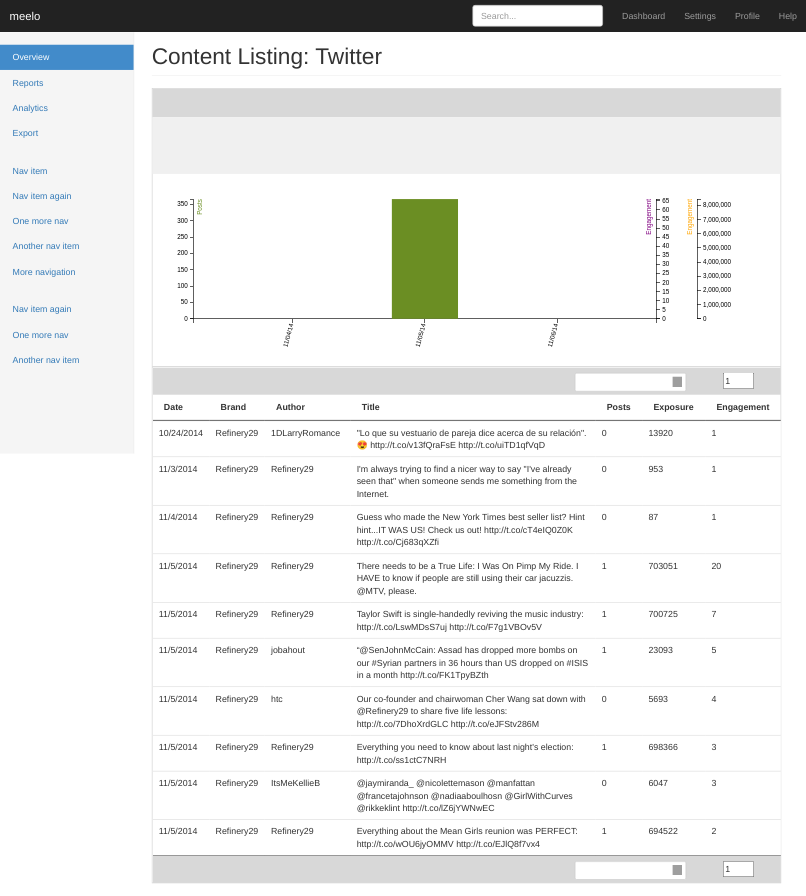
Repository: sadam0930/dashboard-example
Page: mclient/index.html
The author's editor kept a record of every edit. The page is drawn from the files as they stood at one moment, then again after the next edit.
The browser window is 1280 px wide. The pictures show the whole page, at 63% of full size.
Pictures or frames that could not be fetched are drawn as grey boxes.

Above is the page before.

### mclient/index.html
<!doctype html>
<html lang="en" ng-app>
  <head>
    <title>Dashboard Example</title>
    <meta name="viewport" content="width=device-width, initial-scale=1.0">
    <link rel="stylesheet" href="/css/bootstrap.min.css">
    <link rel="stylesheet" href="/css/bootstrap-responsive.min.css">
    <link rel="stylesheet" href="/css/jquery.dataTables.min.css">
    <link rel="stylesheet" href="/css/dataTables.bootstrap.css">
    <link rel="stylesheet" href="/css/jquery.gridster.min.css">
    <!-- Custom styles for this template -->
    <link rel="stylesheet" href="/css/dashboard.css">
  </head>
  <body>

    <nav class="navbar navbar-inverse navbar-fixed-top" role="navigation">
      <div class="container-fluid">
        <div class="navbar-header">
          <button type="button" class="navbar-toggle collapsed" data-toggle="collapse" data-target="#navbar" aria-expanded="false" aria-controls="navbar">
            <span class="sr-only">Toggle navigation</span>
            <span class="icon-bar"></span>
            <span class="icon-bar"></span>
            <span class="icon-bar"></span>
          </button>
          <a class="navbar-brand" href="#">meelo</a>
        </div>
        <div id="navbar" class="navbar-collapse collapse">
          <ul class="nav navbar-nav navbar-right">
            <li><a href="#">Dashboard</a></li>
            <li><a href="#">Settings</a></li>
            <li><a href="#">Profile</a></li>
            <li><a href="#">Help</a></li>
          </ul>
          <form class="navbar-form navbar-right">
            <input type="text" class="form-control" placeholder="Search...">
          </form>
        </div>
      </div>
    </nav>

    <div class="container-fluid">
      <div class="row">
        <div class="col-sm-3 col-md-2 sidebar">
          <ul class="nav nav-sidebar">
            <li class="active"><a href="#">Overview <span class="sr-only">(current)</span></a></li>
            <li><a href="#">Reports</a></li>
            <li><a href="#">Analytics</a></li>
            <li><a href="#">Export</a></li>
          </ul>
          <ul class="nav nav-sidebar">
            <li><a href="">Nav item</a></li>
            <li><a href="">Nav item again</a></li>
            <li><a href="">One more nav</a></li>
            <li><a href="">Another nav item</a></li>
            <li><a href="">More navigation</a></li>
          </ul>
          <ul class="nav nav-sidebar">
            <li><a href="">Nav item again</a></li>
            <li><a href="">One more nav</a></li>
            <li><a href="">Another nav item</a></li>
          </ul>
        </div>

        <div class="col-sm-9 col-sm-offset-3 col-md-10 col-md-offset-2 main">
          <h1 class="page-header">Content Listing: Twitter</h1>

          <div class="widget" id="chart-1">
              <div class="top" style="height:45px"></div>
              <div class="info"></div>
          </div>

          <div class="widget table-responsive" id="table-1">
          </div>
        </div>

      </div>
    </div>

    <script src="/js/jquery.min.js"></script>
    <script src="/js/bootstrap.min.js"></script>
    <!--<script src="/js/angular.min.js"></script>-->
    <script src="/js/docs.min.js"></script>
    <script src="/js/jquery.dataTables.min.js"></script>
    <script src="/js/plugin-input.js"></script>
    <script src="/js/dataTables.bootstrap.js"></script>
    <script src="/js/d3.v3.js"></script>
    <script src="/js/jquery.gridster.min.js"></script>
    <script src="/js/jquery.gridster.with-extras.min.js"></script>
    <script src="/js/meelo-test.js"></script>
  </body>
</html>

### css/dataTables.bootstrap.css
div.dataTables_length label {
	font-weight: normal;
	text-align: left;
	white-space: nowrap;
}

div.dataTables_length select {
	width: 75px;
	display: inline-block;
}

div.dataTables_filter {
	text-align: right;
}

div.dataTables_filter label {
	font-weight: normal;
	white-space: nowrap;
	text-align: left;
}

div.dataTables_filter input {
	margin-left: 0.5em;
	display: inline-block;
}

div.dataTables_info {
	padding-top: 8px;
	white-space: nowrap;
}

div.dataTables_paginate {
	margin: 0;
	white-space: nowrap;
	text-align: right;
}

div.dataTables_paginate ul.pagination {
	margin: 2px 0;
	white-space: nowrap;
}

@media screen and (max-width: 767px) {
	div.dataTables_length,
	div.dataTables_filter,
	div.dataTables_info,
	div.dataTables_paginate {
		text-align: center;
	}
}


table.dataTable td,
table.dataTable th {
	-webkit-box-sizing: content-box;
	-moz-box-sizing: content-box;
	box-sizing: content-box;
}


table.dataTable {
	clear: both;
	margin-top: 6px !important;
	margin-bottom: 6px !important;
	max-width: none !important;
}

table.dataTable thead .sorting,
table.dataTable thead .sorting_asc,
table.dataTable thead .sorting_desc,
table.dataTable thead .sorting_asc_disabled,
table.dataTable thead .sorting_desc_disabled {
	cursor: pointer;
}

table.dataTable thead .sorting { background: url('../images/sort_both.png') no-repeat center right; }
table.dataTable thead .sorting_asc { background: url('../images/sort_asc.png') no-repeat center right; }
table.dataTable thead .sorting_desc { background: url('../images/sort_desc.png') no-repeat center right; }

table.dataTable thead .sorting_asc_disabled { background: url('../images/sort_asc_disabled.png') no-repeat center right; }
table.dataTable thead .sorting_desc_disabled { background: url('../images/sort_desc_disabled.png') no-repeat center right; }

table.dataTable thead > tr > th {
	padding-left: 18px;
	padding-right: 18px;
}

table.dataTable th:active {
	outline: none;
}

/* Scrolling */
div.dataTables_scrollHead table {
	margin-bottom: 0 !important;
	border-bottom-left-radius: 0;
	border-bottom-right-radius: 0;
}

div.dataTables_scrollHead table thead tr:last-child th:first-child,
div.dataTables_scrollHead table thead tr:last-child td:first-child {
	border-bottom-left-radius: 0 !important;
	border-bottom-right-radius: 0 !important;
}

div.dataTables_scrollBody table {
	border-top: none;
	margin-top: 0 !important;
	margin-bottom: 0 !important;
}

div.dataTables_scrollBody tbody tr:first-child th,
div.dataTables_scrollBody tbody tr:first-child td {
	border-top: none;
}

div.dataTables_scrollFoot table {
	margin-top: 0 !important;
	border-top: none;
}

/* Frustratingly the border-collapse:collapse used by Bootstrap makes the column
   width calculations when using scrolling impossible to align columns. We have
   to use separate
 */
table.table-bordered.dataTable {
	border-collapse: separate !important;
}
table.table-bordered thead th,
table.table-bordered thead td {
	border-left-width: 0;
	border-top-width: 0;
}
table.table-bordered tbody th,
table.table-bordered tbody td {
	border-left-width: 0;
	border-bottom-width: 0;
}
table.table-bordered th:last-child,
table.table-bordered td:last-child {
	border-right-width: 0;
}
div.dataTables_scrollHead table.table-bordered {
	border-bottom-width: 0;
}




/*
 * TableTools styles
 */
.table.dataTable tbody tr.active td,
.table.dataTable tbody tr.active th {
	background-color: #08C;
	color: white;
}

.table.dataTable tbody tr.active:hover td,
.table.dataTable tbody tr.active:hover th {
	background-color: #0075b0 !important;
}

.table.dataTable tbody tr.active th > a,
.table.dataTable tbody tr.active td > a {
	color: white;
}

.table-striped.dataTable tbody tr.active:nth-child(odd) td,
.table-striped.dataTable tbody tr.active:nth-child(odd) th {
	background-color: #017ebc;
}

table.DTTT_selectable tbody tr {
	cursor: pointer;
}

div.DTTT .btn {
	color: #333 !important;
	font-size: 12px;
}

div.DTTT .btn:hover {
	text-decoration: none !important;
}

ul.DTTT_dropdown.dropdown-menu {
  z-index: 2003;
}

ul.DTTT_dropdown.dropdown-menu a {
	color: #333 !important; /* needed only when demo_page.css is included */
}

ul.DTTT_dropdown.dropdown-menu li {
	position: relative;
}

ul.DTTT_dropdown.dropdown-menu li:hover a {
	background-color: #0088cc;
	color: white !important;
}

div.DTTT_collection_background {
	z-index: 2002;
}

/* TableTools information display */
div.DTTT_print_info {
	position: fixed;
	top: 50%;
	left: 50%;
	width: 400px;
	height: 150px;
	margin-left: -200px;
	margin-top: -75px;
	text-align: center;
	color: #333;
	padding: 10px 30px;
	opacity: 0.95;

	background-color: white;
	border: 1px solid rgba(0, 0, 0, 0.2);
	border-radius: 6px;

	-webkit-box-shadow: 0 3px 7px rgba(0, 0, 0, 0.5);
	        box-shadow: 0 3px 7px rgba(0, 0, 0, 0.5);
}

div.DTTT_print_info h6 {
	font-weight: normal;
	font-size: 28px;
	line-height: 28px;
	margin: 1em;
}

div.DTTT_print_info p {
	font-size: 14px;
	line-height: 20px;
}

div.dataTables_processing {
    position: absolute;
    top: 50%;
    left: 50%;
    width: 100%;
    height: 60px;
    margin-left: -50%;
    margin-top: -25px;
    padding-top: 20px;
    padding-bottom: 20px;
    text-align: center;
    font-size: 1.2em;
    background-color: white;
    background: -webkit-gradient(linear, left top, right top, color-stop(0%, rgba(255,255,255,0)), color-stop(25%, rgba(255,255,255,0.9)), color-stop(75%, rgba(255,255,255,0.9)), color-stop(100%, rgba(255,255,255,0)));
    background: -webkit-linear-gradient(left, rgba(255,255,255,0) 0%, rgba(255,255,255,0.9) 25%, rgba(255,255,255,0.9) 75%, rgba(255,255,255,0) 100%);
    background: -moz-linear-gradient(left, rgba(255,255,255,0) 0%, rgba(255,255,255,0.9) 25%, rgba(255,255,255,0.9) 75%, rgba(255,255,255,0) 100%);
    background: -ms-linear-gradient(left, rgba(255,255,255,0) 0%, rgba(255,255,255,0.9) 25%, rgba(255,255,255,0.9) 75%, rgba(255,255,255,0) 100%);
    background: -o-linear-gradient(left, rgba(255,255,255,0) 0%, rgba(255,255,255,0.9) 25%, rgba(255,255,255,0.9) 75%, rgba(255,255,255,0) 100%);
    background: linear-gradient(to right, rgba(255,255,255,0) 0%, rgba(255,255,255,0.9) 25%, rgba(255,255,255,0.9) 75%, rgba(255,255,255,0) 100%);
}



/*
 * FixedColumns styles
 */
div.DTFC_LeftHeadWrapper table,
div.DTFC_LeftFootWrapper table,
div.DTFC_RightHeadWrapper table,
div.DTFC_RightFootWrapper table,
table.DTFC_Cloned tr.even {
    background-color: white;
    margin-bottom: 0;
}

div.DTFC_RightHeadWrapper table ,
div.DTFC_LeftHeadWrapper table {
	border-bottom: none !important;
    margin-bottom: 0 !important;
    border-top-right-radius: 0 !important;
    border-bottom-left-radius: 0 !important;
    border-bottom-right-radius: 0 !important;
}

div.DTFC_RightHeadWrapper table thead tr:last-child th:first-child,
div.DTFC_RightHeadWrapper table thead tr:last-child td:first-child,
div.DTFC_LeftHeadWrapper table thead tr:last-child th:first-child,
div.DTFC_LeftHeadWrapper table thead tr:last-child td:first-child {
    border-bottom-left-radius: 0 !important;
    border-bottom-right-radius: 0 !important;
}

div.DTFC_RightBodyWrapper table,
div.DTFC_LeftBodyWrapper table {
    border-top: none;
    margin: 0 !important;
}

div.DTFC_RightBodyWrapper tbody tr:first-child th,
div.DTFC_RightBodyWrapper tbody tr:first-child td,
div.DTFC_LeftBodyWrapper tbody tr:first-child th,
div.DTFC_LeftBodyWrapper tbody tr:first-child td {
    border-top: none;
}

div.DTFC_RightFootWrapper table,
div.DTFC_LeftFootWrapper table {
    border-top: none;
    margin-top: 0 !important;
}


/*
 * FixedHeader styles
 */
div.FixedHeader_Cloned table {
	margin: 0 !important
}

### css/dashboard.css
/*
 * Base structure
 */

/* Move down content because we have a fixed navbar that is 50px tall */
body {
  padding-top: 50px;
}


/*
 * Global add-ons
 */

.sub-header {
  padding-bottom: 10px;
  border-bottom: 1px solid #eee;
}

/*
 * Top navigation
 * Hide default border to remove 1px line.
 */
.navbar-fixed-top {
  border: 0;
}

/*
 * Sidebar
 */

/* Hide for mobile, show later */
.sidebar {
  display: none;
}
@media (min-width: 768px) {
  .sidebar {
    position: fixed;
    top: 51px;
    bottom: 0;
    left: 0;
    z-index: 1000;
    display: block;
    padding: 20px;
    overflow-x: hidden;
    overflow-y: auto; /* Scrollable contents if viewport is shorter than content. */
    background-color: #f5f5f5;
    border-right: 1px solid #eee;
  }
}

/* Sidebar navigation */
.nav-sidebar {
  margin-right: -21px; /* 20px padding + 1px border */
  margin-bottom: 20px;
  margin-left: -20px;
}
.nav-sidebar > li > a {
  padding-right: 20px;
  padding-left: 20px;
}
.nav-sidebar > .active > a,
.nav-sidebar > .active > a:hover,
.nav-sidebar > .active > a:focus {
  color: #fff;
  background-color: #428bca;
}

.sidebar-wrapper.collapsed {
  left: -17%;
  -webkit-transition: all .25s ease-out;
     -moz-transition: all .25s ease-out;
          transition: all .25s ease-out;
}

/*
 * Main content
 */

.main {
  padding: 20px;
}
@media (min-width: 768px) {
  .main {
    padding-right: 40px;
    padding-left: 40px;
  }
}
.main .page-header {
  margin-top: 0;
}


/*
 * Chart content
 */

.axis {
	  font: 10px sans-serif;
}

.axis path,
.axis line {
  fill: none;
  stroke: #000;
  shape-rendering: crispEdges;
}

/*
 * Widget
 */

.widget {
  border: solid;
  border-width: 1px;
  border-color: #D0D0D0 ;
}

.widget .top,
.widget .bottom {
  /*height: 45px;*/
  background-color: #D8D8D8;
}

.widget .info {
  height: 90px;
  background-color: #F0F0F0 ;
}

.gridster > ul {
  list-style-type: none;
}

/*
 * Custom Datatable CSS
 */

.dataTables_wrapper .dataTables_filter {
  padding-top: 0.6em;
  display: inline-block;
}

.dataTables_wrapper .dataTables_paginate {
  display: inline-block;
}

.dataTables_wrapper .dataTables_paginate {
  padding-top: 0;
}

table.dataTable {
  margin-top: 0 !important;
  margin-bottom: 0 !important;
}

.paginate_input {
  margin-top: 0.6em;
  width: 50px;
}

/*!
 * DataTables + Font Awesome integration
 * License: MIT - http://datatables.net/license
 */

/*
 * Sort styling
 */
table.dataTable thead th {
	position: relative;
	/* Remove the DataTables bootstrap integration styling */
	background-image: none !important;
}

table.dataTable thead th.sorting:after,
table.dataTable thead th.sorting_asc:after,
table.dataTable thead th.sorting_desc:after {
	position: absolute;
	top: 12px;
	right: 8px;
	display: block;
	font-family: FontAwesome;
}

table.dataTable thead th.sorting:after {
	content: "\f0dc";
	color: #ddd;
	font-size: 0.8em;
	padding-top: 0.12em;
}
table.dataTable thead th.sorting_asc:after {
	content: "\f106";
}
table.dataTable thead th.sorting_desc:after {
	content: "\f107";
}

div.dataTables_scrollBody table.dataTable thead th.sorting:after,
div.dataTables_scrollBody table.dataTable thead th.sorting_asc:after,
div.dataTables_scrollBody table.dataTable thead th.sorting_desc:after {
	content: "";
}

/*
 * DataTables style pagination controls
 */
div.dataTables_paginate span.paginate_button.previous {
	position: relative;
	padding-left: 24px;
	display: inline;
	padding-bottom: 1em;
}

div.dataTables_paginate span.paginate_button.next {
	position: relative;
	padding-right: 24px;
	display: inline;
	padding-bottom: 1em;
}

div.dataTables_paginate span.previous:before {
	position: absolute;
	top: 8px;
	left: 10px;
	display: block;
	font-family: FontAwesome;
}

div.dataTables_paginate span.next:after {
	position: absolute;
	top: 8px;
	right: 10px;
	display: block;
	font-family: FontAwesome;
}

div.dataTables_paginate span.previous:before {
	content: "\f104";
}

div.dataTables_paginate span.next:after {
	content: "\f105";
}

#g-search-button {
  display: inline-block;
  width: 16px;
  height: 16px;
  position: relative;
  left: -22px;
  top: 3px;
  background: url('/img/search_icon.png');
}



.clearfix:after {
   content: " "; /* Older browser do not support empty content */
   visibility: hidden;
   display: block;
   height: 0;
   clear: both;
}


/* Custom dropdown */
.group1 div.dropdown {
  float: left;
}

### js/meelo-test.js
$(document).ready(function(){
    initGrid();
    $.getJSON( "ajax/twitter.json", function( response ) {
        generateChart(response);
        generateTable(response);
    });
    initCallbacks();
});

/*
TODO:
Add gridster resize = true
Add responsive chart logic
*/

function initCallbacks(){
    $('[data-toggle=offcanvas]').click(function () {
        $('.sidebar-wrapper').toggleClass('collapsed');
    });
}

function initGrid() {
    $(".gridster ul").gridster({
        widget_margins: [10, 10],
        widget_base_dimensions: [950, 450]
    });
    //remove unwanted gridster classes from inner li
    $('.dropdown-menu li').removeClass('gs-w');
    $('.dropdown-menu').css('width', '');
}

function resizeChart() {

}

function generateChart(response) {
    var chartDivId = '#chart-1';

    var day = new Date(response.data.rows[0][0].value);
    var daybefore = new Date(day.getTime());
    var dayafter = new Date(day.getTime());
    daybefore.setDate((day.getDate() - 1));
    dayafter.setDate((day.getDate() + 1));

    var margin = {top: 40, right: 150, bottom: 70, left: 65},
    width = 950 - margin.left - margin.right,
    height = 300 - margin.top - margin.bottom;

    // Parse the date / time
    var	parseDate = d3.time.format("%m/%d/%y").parse;

    var x = d3.scale.ordinal().rangeRoundBands([0, width], .5);
    var y = d3.scale.linear().range([height, 0]);
    var y2 = d3.scale.linear().range([height, 0]);
    var y3 = d3.scale.linear().range([height, 0]);

    var xAxis = d3.svg.axis()
                    .scale(x)
                    .orient("bottom")
                    .tickFormat(d3.time.format("%m/%d/%y"));

    var yAxis = d3.svg.axis()
                    .scale(y)
                    .orient("left")
                    .ticks(10);

    var yAxisRight1 = d3.svg.axis().scale(y2)
                        .orient("right").ticks(15);

    var yAxisRight2 = d3.svg.axis().scale(y3)
                        .orient("right").ticks(10);

    var svg = d3.select(chartDivId).append("svg")
                .attr("width", width + margin.left + margin.right)
                .attr("height", height + margin.top + margin.bottom)
                .append("g")
                    .attr("transform",
                        "translate(" + margin.left + "," + margin.top + ")");


    var data = [{"date":daybefore,"value":0,"eng":0,"exp":0}];
    $.each(response.data.headers, function() {
        if(this.field === "posts" || this.field === "reach" || this.field === "interactions"){
            var tmp = {"date":day};
            if(this.field === "posts"){
                tmp.value = +this.totals;
            } else if(this.field === "reach"){
            tmp.exp = this.totals;
            } else if(this.field === "interactions"){
                tmp.eng = this.totals;
            }
            data.push(tmp);
        }
    });
    data.push({"date":dayafter,"value":0,"eng":0,"exp":0})

    x.domain(data.map(function(d) { return d.date; }));
    y.domain([0, d3.max(data, function(d) { return d.value; })]);
    y2.domain([0, d3.max(data, function(d) { return d.eng; })]);
    y3.domain([0, d3.max(data, function(d) { return d.exp; })]);

    svg.append("g")
      .attr("class", "x axis")
      .attr("transform", "translate(0," + height + ")")
      .call(xAxis)
    .selectAll("text")
      .style("text-anchor", "end")
      .attr("dx", "-.8em")
      .attr("dy", "-.55em")
      .attr("transform", "rotate(-75)" );

    svg.append("g")
      .attr("class", "y axis")
      .call(yAxis)
    .append("text")
      .attr("transform", "rotate(-90)")
      .attr("y", 6)
      .attr("dy", ".71em")
      .style("text-anchor", "end")
      .style("fill", "OliveDrab")
      .text("Posts");

    svg.append("g")
      .attr("class", "y axis")
      .attr("transform", "translate(" + width + " ,0)")
      .call(yAxisRight1)
    .append("text")
      .attr("transform", "rotate(-90)")
      .attr("y", -15)
      .attr("dy", ".71em")
      .style("text-anchor", "end")
      .style("fill", "purple")
      .text("Engagement");;

    svg.append("g")
      .attr("class", "y axis")
      .attr("transform", "translate(" + (width+65) + " ,0)")
      .call(yAxisRight2)
    .append("text")
      .attr("transform", "rotate(-90)")
      .attr("y", -15)
      .attr("dy", ".71em")
      .style("text-anchor", "end")
      .style("fill", "orange")
      .text("Engagement");;


    svg.selectAll("bar")
      .data(data)
    .enter().append("rect")
      .style("fill", "OliveDrab")
      .attr("x", function(d) { return x(d.date); })
      .attr("width", x.rangeBand())
      .attr("y", function(d) { return y(d.value); })
      .attr("height", function(d) { return height - y(d.value); });

}

function generateTable(response) {
    var tableDivId = '#table-1';
    var tableId = 'twitter-table';
    buildTable(response, tableDivId, tableId);
    populateTable(response, tableId);
    $('#'+tableId).dataTable( {
        "dom": '<"top"pf>rt<"bottom"pf><"clear">',
        "pagingType": "input",
        "language": {
            "search": "",
            "paginate": {
                "first": "",
                "previous": "",
                "next": "",
                "last": ""
            }
        }
    });
    $(".first.paginate_button, .last.paginate_button").remove();
    $(".paginate_of, .paginate_page").hide();
    $(".dataTables_filter").append('<span id="g-search-button"></span>');
    $('.top').addClass("clearfix")
    $('.bottom').addClass("clearfix")
}

function buildTable(response, tableDivId, tableId){
    $(tableDivId).append('<table class="table" id="'+ tableId +'"><thead><tr></tr></thead><tbody></tbody></table>');
    var html = '';
    $.each(response.data.headers, function(){
        html = '<th id="' + this.field + '">' + this.label + '</th>';
        $('#' + tableId + ' > thead > tr').append(html);
    });
}

function populateTable(response, tableId){
    var html = '';
    $.each(response.data.rows, function(){
       $('#' + tableId + ' > tbody').append('<tr></tr>');
       $.each(this, function(){
           switch(this.field){
               case 'date' :
                   var date = new Date(this.value);
                   html = '<td>' + formatDate(date) + '</td>';
                   break;
               case 'brand_id':
                   html = '<td>' + this.label + '</td>';
                   break;
               case 'title':
                   html = '<td>' + this.label + '</td>';
                   break;
               case 'posts':
                   html = '<td>' + this.values + '</td>';
                   break;
               case 'reach':
                   html = '<td>' + this.values + '</td>';
                   break;
               case 'interactions':
                   html = '<td>' + this.values + '</td>';
                   break;
                default:
                    html = '<td>' + this + '</td>';
           }
           $('#' + tableId + ' > tbody > tr:last').append(html);
       });
    });
}

function formatDate(date) {
    return (date.getMonth() + 1) + '/' + date.getDate() + '/' +  date.getFullYear();
}

Loaded but not shown: css/bootstrap.min.css (library); css/bootstrap-responsive.min.css (library); css/jquery.dataTables.min.css (library); css/jquery.gridster.min.css (library); js/jquery.min.js (library); js/bootstrap.min.js (library); js/docs.min.js (library); js/jquery.dataTables.min.js (library); js/dataTables.bootstrap.js (common file); js/d3.v3.js (library); js/jquery.gridster.min.js (library); js/jquery.gridster.with-extras.min.js (library); mclient/ajax/twitter.json (1 lines, source omitted); js/plugin-input.js (220 lines, source omitted)

After the next edit:
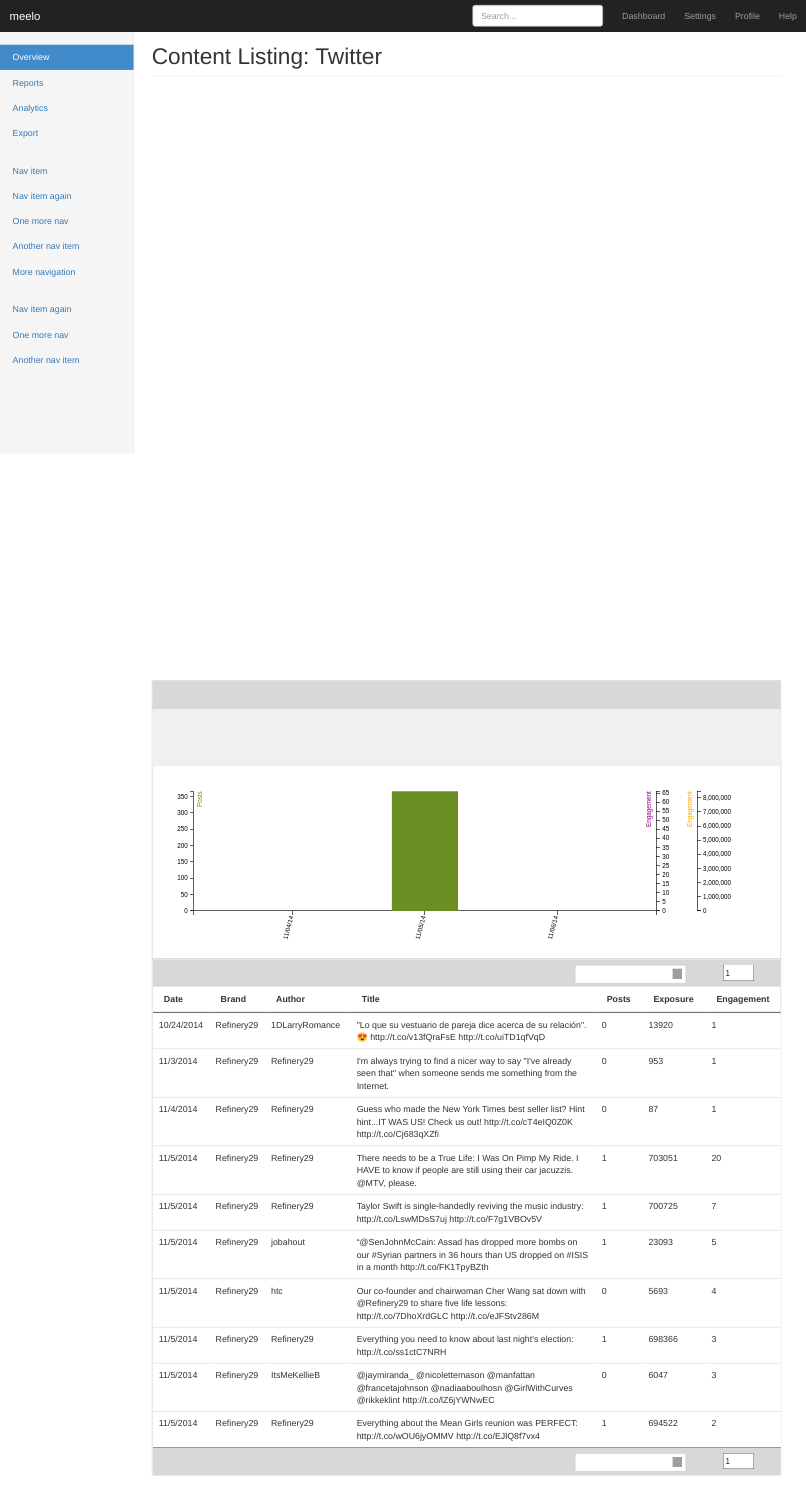
The edit:
--- a/mclient/index.html
+++ b/mclient/index.html
@@ -63,6 +63,16 @@
 
         <div class="col-sm-9 col-sm-offset-3 col-md-10 col-md-offset-2 main">
           <h1 class="page-header">Content Listing: Twitter</h1>
+          <div class="wrapper gridster">
+            <ul>
+               <li data-row="1" data-col="1" data-sizex="1" data-sizey="1">
+
+               </li>
+               <li data-row="2" data-col="1" data-sizex="1" data-sizey="1">
+
+               </li>
+            </ul>
+          </div>
 
           <div class="widget" id="chart-1">
               <div class="top" style="height:45px"></div>
